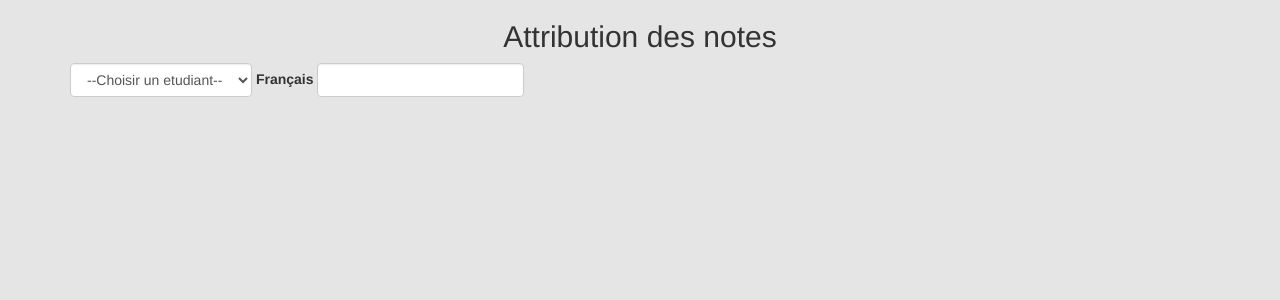
Repository: mitantsoa1/CRUD-note
Page: http://localhost/note
The author's editor kept a copy of each file at every save. The page is drawn from the files as they stood at one save, then again after the next save.
The browser window is 1280 px wide. The pictures show the whole page.
The page is run by PHP 8.4 with error messages shown; the project is at /var/www/html/. The database holds what the project's SQL file puts in it.

Above is the page before, as saved 2021-02-12 12:41:20.
Console error: SyntaxError: Unexpected token '<'

### index.php
<?php

require_once ("Controls/Controllers.class.php");
// require_once ("Models/Database.class.php");
// Database::init("localhost","stage","root","");

if(isset($_GET['action'])){
    if(method_exists("Controllers",$_GET['action'])){
        $reflect = new ReflectionMethod("Controllers",$_GET['action']);
        $class = "Controllers";
        $reflect -> invoke(new $class);
    }else{
        Controllers::loadView("erreur.php");
    }
}else{
    Controllers::loadView("indexView.php");
}

?>

### Controls/Controllers.class.php
<?php
	class Controllers{

		public static function loadView($page){
			$page = htmlspecialchars(trim($page)) ;
			include("Views/".$page) ;
		}
		public function index(){
			Controllers::loadView("indexView");
		}
		// pour inclure les portions de page
		public static function includeTemplate($template)
		{
			$template = htmlspecialchars(trim($template));
			include "Views/template_parts/" . $template;
		}
		// inclure du JavaScript
		public static function includeJS($fields)
		{
			$script = "";
			for ($i = 0; $i < count($fields) - 1; $i++) {
				$code = htmlspecialchars(trim($fields[$i]));
				$script .= '<script src="Publics/js/' . $code . '.js"></script>' . "\n\t";
			}
			if ($i == count($fields) - 1) {
				$code = htmlspecialchars(trim($fields[count($fields) - 1]));
				$script .= '<script src="Publics/js/' . $code . '.js"></script>' . "\n";
			}
			echo $script;
		}
		// inclure du CSS
		public static function includeCSS($fields)
		{
			$css = "";
			for ($i = 0; $i < count($fields) - 1; $i++) {
				$code = htmlspecialchars(trim($fields[$i]));
				$css .= '<link rel="stylesheet" href="Publics/css/' . $code . '.css">' . "\n\t";
			}
			if ($i == count($fields) - 1) {
				$code = htmlspecialchars(trim($fields[count($fields) - 1]));
				$css .= '<link rel="stylesheet" href="Publics/css/' . $code . '.css">' . "\n";
			}
			echo $css;
		}

		public function note(){
			Controllers::loadView("note2.php");
		}
		public function matiere(){
			Controllers::loadView("matiere.php");
		}
	}

 ?>

### Views/note2.php
<!DOCTYPE html>
<html lang="en">
<head>
    <meta charset="UTF-8">
    <meta http-equiv="X-UA-Compatible" content="IE=edge">
    <meta name="viewport" content="width=device-width, initial-scale=1.0">
    <title>NOTE</title>
    <?php
Controllers::includeCSS(["all","bootstrap.min","sweetalert2.min","style","util"]);
?>
</head>
<body>
    <div class="container note-content">
        <h2 class="text-center">Attribution des notes</h2>
        <form action="" id="formulaire" class="form-inline">
            <?php
                include('Models/Database.class.php');
                $db = new Database();
                $tab = $db->select("etudiant")
                            ->execute(null);
                echo "<div class='form-group'> <select id='select_etudiant_note' class='form-control'>
                 <option value='choisir' selected='selected'>--Choisir un etudiant--</option>";

                    for($i=0;$i<count($tab);$i++){
                        echo"
                            <option value='".$tab[$i]->id."'>".$tab[$i]->nom." ".$tab[$i]->prenom."</option>
                        ";
                    }

                echo "</select></div>";




            ?>
            <label for="">Français</label>
            <input type="number" id="fr" class="form-control">

        </form>
    </div>


 <?php
Controllers::includeJS(["jquery","bootstrap.min","all","sweetalert2.min","form-plugin","note","function"]);
?>
</body>
</html>

### Models/Database.class.php
<?php
class Database{
	private $query,$nombreParam, $lastTable;
	private static $conn,$host,$base,$user,$pass,$port ;
		// bd = new PDO("mysql:host=localhost;dbname=nom","user","pass")
		// initialisation
	public static function init($hote,$base,$port,$user,$pass) {
		self::$host=htmlspecialchars(trim($hote)) ;
		self::$base=htmlspecialchars(trim($base)) ;
		self::$user=htmlspecialchars(trim($user)) ;
		self::$pass=htmlspecialchars(trim($pass)) ;

	}
	public static function db() {
		$options = array(PDO::MYSQL_ATTR_INIT_COMMAND => 'SET NAMES utf8',
);


		$url ="mysql:host=".self::$host.";port=".self::$port.";dbname=".self::$base;
		if(!isset(self::$conn)) {
			self::$conn = new PDO($url,self::$user,self::$pass,$options);
		}
		return self::$conn ;

	}
		// execution du requete
	public function execute($value=null) {

			// tester s'il y des trous dans les requetes
			// si c'est une requete de selection
		if (strpos($this->query,"SELECT")>-1) {

			if (strpos($this->query,"?")>-1 ){
				$req = self::db()->prepare($this->query) ;
				$req->execute($value) ;
			}
			else {
				$req = self::db()->query($this->query) ;
			}


			return $req->fetchAll(PDO::FETCH_OBJ);
		}
		else {
			if (strpos($this->query,"?")>-1 ){
				$req = self::db()->prepare($this->query) ;
				$req->execute($value) ;

			}
			else {
				self::db()->query($this->query) ;
			}


			return 0 ;
		}



	}
	public function getQuery() {
		echo $this->query ;
	}
	public function select($table){
		$table=htmlspecialchars(trim($table)) ;
		$this->query = "SELECT * FROM ".$table ;
		$this->lastTable =$table ;
		return $this ;
	}
	public function where($id,$operateur){
		$this->query .= " WHERE ".$id."".$operateur."?";

		return $this ;
	}
	public function et($id,$operateur) {
		$this->query .= " AND ".$id."".$operateur."?";

		return $this ;
	}
	public function ou($id,$operateur) {
		$this->query .= " OR ".$id."".$operateur."?";

		return $this ;
	}
		// insertion
	public function insert($table) {
		$this->query="INSERT INTO ".$table ;
		return $this ;
	}
	// mise à jours
	public function update($table) {
		$this->query="UPDATE ".$table ;
		return $this ;
	}
	public function parametters($fields) {
		if (strpos($this->query,"INSERT")>-1){
			// insertion
			$listeFields="(" ;
			$valeur="VALUES (" ;
			for ($i=0; $i <count($fields) ; $i++) {
				$listeFields.=$fields[$i]."," ;
				$valeur.="?," ;
			}

			$listeFields=trim($listeFields,",").")" ;

			$valeur=trim($valeur,",").")" ;
			$this->query.=" ".$listeFields ;
			$this->query.=" ".$valeur ;
		}
		else if (strpos($this->query,"UPDATE")>-1){
			$listeFields="SET " ;
			for ($i=0; $i <count($fields); $i++) {
				$listeFields.=$fields[$i]."=?," ;
			}
			$listeFields=trim($listeFields,",") ;
			$this->query.=" ".$listeFields ;
		}

		return $this ;
	}

		// suppréssion
	public function delete($table) {
		$table=htmlspecialchars(trim($table)) ;
		$this->query=" DELETE FROM ".$table;
		return $this ;
	}
	public function order($param) {
		$this->query.=" ORDER BY " ;
		$listeOrder="" ;
		foreach ($param as $key => $value) {
			$listeOrder.=$key. " ".$value."," ;
		}
		$listeOrder=trim($listeOrder,",") ;
		$this->query.=$listeOrder ;
		return $this ;
	}
	public function inner($table2,$id1) {
		$table2=htmlspecialchars(trim($table2)) ;
		$id1= htmlspecialchars(trim($id1)) ;

		$this->query.=" INNER JOIN ".$table2." ON ".$this->lastTable.".".$id1."=".$table2.".".$id1 ;
		$this->lastTable=$table2;
		return $this;
	}
	// inner join id différent
	public function innerD($table2,$id1,$id2) {
		$table2=htmlspecialchars(trim($table2)) ;
		$id1= htmlspecialchars(trim($id1)) ;

		$this->query.=" INNER JOIN ".$table2." ON ".$this->lastTable.".".$id1."=".$table2.".".$id2 ;
		$this->lastTable=$table2;
		return $this;
	}
	public function sum($table,$fields) {
		$fields = htmlspecialchars(trim($fields)) ;
		$table = htmlspecialchars(trim($table)) ;
		$this->query="SELECT SUM(".$fields.") AS somme FROM ".$table ;
		return $this ;
	}
	// selection avec paramètre
	public function selectParam($table,$listeFields) {
		$reqBase ="SELECT " ;
		for ($i=0; $i <count($listeFields) ; $i++) {
			$reqBase.=$listeFields[$i]."," ;
		}
		$this->query = trim($reqBase,",")." FROM ".$table;
		return $this ;


	}
	public function customSelect($requete) {
		$req = self::db()->query($requete) ;

		return $req->fetchAll(PDO::FETCH_OBJ);
	}

}
	Database::init("localhost","scolarite","3306","root","");

	//ALTER TABLE `note` ADD `francais` IF NOT EXISTS DOUBLE NOT NULL DEFAULT '0.0'
// $db = new Database();
//  $tab = $db->select("note")
//                     ->innerD("etudiant","id_etudiant","id")
// 					->et("note.id_etudiant","=")
// 					->getQuery();
?>

### Views/erreur.php
<!DOCTYPE html>
<html lang="fr">
<head>
    <meta charset="UTF-8">
    <meta name="viewport" content="width=device-width, initial-scale=1.0">
    <title>Page invalide</title>
</head>
<body>
    <h1>ERROR 404</h1>

        <p>Cette page n'est pas disponible</p>
</body>
</html>

### Controls/ajax.php
<?php
    include("../Models/Database.class.php");
    header('Content-type: application/json');
    $db = new Database();

    if(isset($_POST['data'])){
        $tab = $db->select("etudiant")
                ->execute();
        echo json_encode($tab);
    }

    if(isset($_POST['nom'])){
        $nom = htmlspecialchars(trim($_POST['nom']));
        $prenom = htmlspecialchars(trim($_POST['prenom']));
        $dtn = htmlspecialchars(trim($_POST['date_naissance']));
        $sexe = $_POST['sexe'];

        $db->insert("etudiant")
            ->parametters(["nom","prenom","date_de_naissance","sexe"])
            ->execute([$nom,$prenom,$dtn,$sexe]);
        echo json_encode("ok");
    }

    if(isset($_POST['id_effacer'])){
        $db->delete("etudiant")
            ->where("id","=")
            ->execute([$_POST['id_effacer']]);
        echo json_encode("effacer");
    }

    if(isset($_POST['id_modifier'])){
        $tab=$db->select("etudiant")
            ->where("id","=")
            ->execute([$_POST['id_modifier']]);
        echo json_encode($tab);
    }
    if(isset($_POST['nom_modif'])){
        $nom = htmlspecialchars(trim($_POST['nom_modif']));
        $prenom = htmlspecialchars(trim($_POST['prenom']));
        $dtn = htmlspecialchars(trim($_POST['date_naissance']));
        $sexe = $_POST['sexe'];
        $id = htmlspecialchars(trim($_POST["id"]));

        $db->update("etudiant")
            ->parametters(["nom","prenom","date_de_naissance","sexe"])
            ->where("id","=")
            ->execute([$nom,$prenom,$dtn,$sexe,$id]);
        echo json_encode("ok");
    }

    if(isset($_POST['etudiant'])){
        $tab=$db->select("etudiant")
                ->where("id","=")
                ->execute([$_POST['etudiant']]);
        echo json_encode($tab);
    }

    if(isset($_POST["affiche_matiere"])){
        $tab=$db->select("matiere")
                ->execute(null);
        echo json_encode($tab);
    }

    if(isset($_POST["nom_matiere"])){
        $matiere = htmlspecialchars(trim($_POST["nom_matiere"]));
        $tab=$db->select("matiere")
                ->where("nom_matiere","=")
                ->execute([$matiere]);

                if(count($tab)>0){
                    echo json_encode("non");
                }else{
                    $db->insert("matiere")
                        ->parametters(["nom_matiere"])
                        ->execute([$matiere]);
                        //APINA ALTER TABLE
                    echo json_encode("ok");
                }
    }

    if(isset($_POST['id_mat_effacer'])){
        $db->delete("matiere")
            ->where("id_matiere","=")
            ->execute([$_POST['id_mat_effacer']]);
        echo json_encode("effacer");
    }

    if(isset($_POST['id_mat_modifier'])){
        $tab=$db->select("matiere")
            ->where("id_matiere","=")
            ->execute([$_POST['id_mat_modifier']]);
        echo json_encode($tab);
    }
    if(isset($_POST['nom_mat_modif'])){
        $matiere = htmlspecialchars(trim($_POST['nom_mat_modif']));
        $id = htmlspecialchars(trim($_POST["id"]));

        $db->update("matiere")
            ->parametters(["nom_matiere"])
            ->where("id_matiere","=")
            ->execute([$matiere,$id]);
        echo json_encode("ok");
    }

    if(isset($_POST['affiche_note'])){
        $tab = $db->select("matiere")
                    ->execute(null);

        echo json_encode($tab);

    }

    if(isset($_POST['id_etudiant'])){
        $tab = $db->select("note")
                    ->innerD("etudiant","id_etudiant","id")
                    ->et("note.id_etudiant","=")
                    ->execute([$_POST['id_etudiant']]);

                    echo json_encode($tab);
    }

    if(isset($_POST['tosend'])){
        $fr=htmlspecialchars(trim($_POST['français'])) ;
        $en =htmlspecialchars(trim($_POST['english']));
        $maths =htmlspecialchars(trim( $_POST['mathematiques'])) ;
        $mal =htmlspecialchars(trim($_POST['Malagasy'])) ;

        $db->insert("note")
           ->parametters(["id_etudiant","francais","english","mathematiques","Malagasy"])
           ->execute([6,$fr,$en,$maths,$mal]);
    }

?>

### Publics/css/style.css
body {
    margin: 0;
    padding: 0;
    background: rgba(0, 0, 0, .1);
}

.content {
    width: 50vw;
    min-width: 300px;
    background: white;
    padding: 10px 20px 0 !important;
    margin: 10px auto;
    border: white 1px solid !important;
    border-radius: 10px !important;
}

.content .titre {
    padding: 0;
    margin: 0;
}

.boutton {
    display: block;
    margin: 0 auto;
    width: 100px;
}

#btn_modification {
    margin-left: 30%;
}

.table_etudiant {
    position: relative;
    height: auto;
    max-height: 150px;
    overflow: auto;
}

.table_etudiant thead {
    position: sticky;
    top: 0;
    background: black;
    color: white;
}

### scolarite.sql (the tables this page reads)
CREATE TABLE IF NOT EXISTS `etudiant` (
  `id` int(11) NOT NULL AUTO_INCREMENT,
  `nom` varchar(255) NOT NULL,
  `prenom` varchar(255) NOT NULL,
  `date_de_naissance` date NOT NULL,
  `sexe` varchar(30) NOT NULL,
  PRIMARY KEY (`id`)
) ENGINE=MyISAM AUTO_INCREMENT=9 DEFAULT CHARSET=utf8;

INSERT INTO `etudiant` (`id`, `nom`, `prenom`, `date_de_naissance`, `sexe`) VALUES
(5, 'mitantsoa', 'mi', '2021-01-26', 'femme'),
(8, 'rabe', 'be', '2021-01-25', 'femme');

CREATE TABLE IF NOT EXISTS `matiere` (
  `id_matiere` int(11) NOT NULL AUTO_INCREMENT,
  `nom_matiere` varchar(255) NOT NULL,
  PRIMARY KEY (`id_matiere`)
) ENGINE=MyISAM AUTO_INCREMENT=8 DEFAULT CHARSET=utf8;

INSERT INTO `matiere` (`id_matiere`, `nom_matiere`) VALUES
(1, 'francais'),
(7, 'physique'),
(3, 'mathematiques'),
(6, 'Malagasy');

CREATE TABLE IF NOT EXISTS `note` (
  `id_note` int(11) NOT NULL AUTO_INCREMENT,
  `id_etudiant` int(11) NOT NULL,
  `matiere` varchar(255) NOT NULL,
  `note` int(11) NOT NULL DEFAULT '0',
  PRIMARY KEY (`id_note`)
) ENGINE=MyISAM AUTO_INCREMENT=3 DEFAULT CHARSET=utf8;

INSERT INTO `note` (`id_note`, `id_etudiant`, `matiere`, `note`) VALUES
(1, 5, 'francais', 15),
(2, 8, 'mathematiques', 10);

Loaded but not shown: Publics/css/all.css (library); Publics/css/bootstrap.min.css (library); Publics/css/sweetalert2.min.css (library); Publics/js/jquery.js (library); Publics/js/bootstrap.min.js (library); Publics/js/function.js (201 lines, source omitted); Publics/js/note.js (83 lines, source omitted); Publics/js/form-plugin.js (167 lines, source omitted); Publics/css/util.css (9878 lines, source omitted)

After the next save:
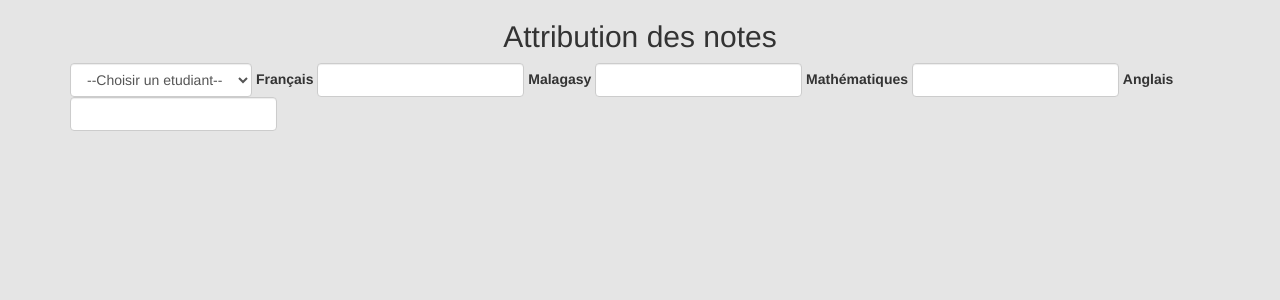
Saved 66 s later.
--- a/Views/note2.php
+++ b/Views/note2.php
@@ -35,6 +35,12 @@ Controllers::includeCSS(["all","bootstrap.min","sweetalert2.min","style","util"]
             ?>
             <label for="">Français</label>
             <input type="number" id="fr" class="form-control">
+            <label for="">Malagasy</label>
+            <input type="number" id="mal" class="form-control">
+            <label for="">Mathématiques</label>
+            <input type="number" id="maths" class="form-control">
+            <label for="">Anglais</label>
+            <input type="number" id="ang" class="form-control">
 
         </form>
     </div>
